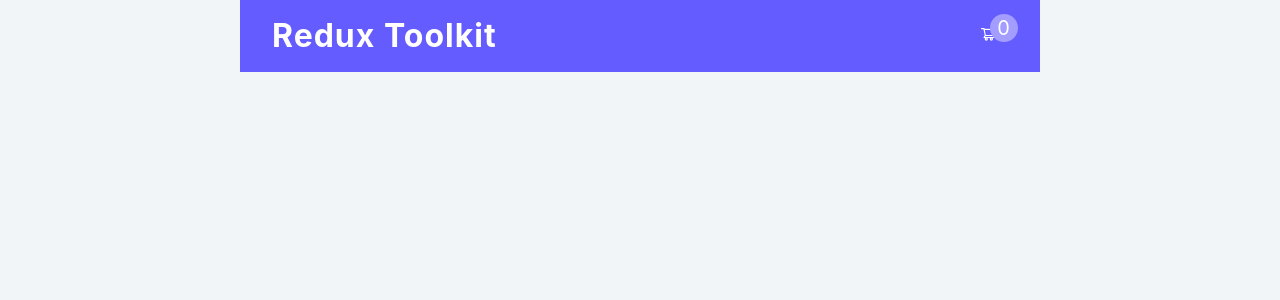
Repository: Nurlan-Bakenbaev/ReduxToolit
Page: /
The author's editor kept a copy of each file at every save. The page is drawn from the files as they stood at one save, then again after the next save.
The browser window is 1280 px wide. The pictures show the whole page.
The project was rebuilt for these pictures with package versions that can differ from the ones it lists, and the page was loaded fresh each time. Also part of the build but not shown: src/components/Cartitem.js.

Above is the page before, as saved 2023-11-08 16:37:43.

### src/index.js
import React from "react";
import { createRoot } from "react-dom/client";
import "./index.css";
import App from "./App";
import store from "./redux/store";
import { Provider } from "react-redux";
const container = document.getElementById("root");
const root = createRoot(container);

root.render(
  <React.StrictMode>
    <Provider store={store}>
      <App />
    </Provider>
  </React.StrictMode>
);

### src/index.css
/*
===============
Variables
===============
*/

:root {
  --clr-primary: #645cff;
  --clr-primary-dark: #282566;
  --clr-primary-light: #a29dff;
  --clr-grey-1: #102a42;
  --clr-grey-5: #617d98;
  --clr-grey-10: #f1f5f8;
  --clr-white: #fff;
  --clr-red-dark: hsl(360, 67%, 44%);
  --clr-red-light: hsl(360, 71%, 66%);
  --transition: all 0.3s linear;
  --spacing: 0.25rem;
  --radius: 0.25rem;
  --large-screen-width: 1170px;
  --small-screen-width: 90vw;
  --fixed-width: 50rem;
}
* {
  margin: 0;
  padding: 0;
  box-sizing: border-box;
}
body {
  font-family: -apple-system, BlinkMacSystemFont, 'Segoe UI', Roboto, Oxygen,
    Ubuntu, Cantarell, 'Open Sans', 'Helvetica Neue', sans-serif;
  background: var(--clr-grey-10);
  color: var(--clr-grey-1);
  line-height: 1.5;
  font-size: 0.875rem;
}
a {
  text-decoration: none;
}
img {
  width: 100%;
  display: block;
}
h1,
h2,
h3,
h4 {
  letter-spacing: var(--spacing);
  text-transform: capitalize;
  line-height: 1.25;
  margin-bottom: 0.75rem;
}
h1 {
  font-size: 3rem;
}
h2 {
  font-size: 2rem;
}
h3 {
  font-size: 1.5rem;
}
h4 {
  font-size: 0.875rem;
}
p {
  margin-bottom: 1.25rem;
}
@media screen and (min-width: 800px) {
  h1 {
    font-size: 4rem;
  }
  h2 {
    font-size: 2.5rem;
  }
  h3 {
    font-size: 2rem;
  }
  h4 {
    font-size: 1rem;
  }
  body {
    font-size: 1rem;
  }
  h1,
  h2,
  h3,
  h4 {
    line-height: 1;
  }
}
/* more global css */

.btn {
  text-transform: uppercase;
  background: var(--clr-primary);
  color: var(--clr-white);
  padding: 0.375rem 0.75rem;
  letter-spacing: var(--spacing);
  display: inline-block;
  font-weight: 700;
  transition: var(--transition);
  font-size: 0.875rem;
  border: none;
  cursor: pointer;
  box-shadow: 0 1px 3px rgba(0, 0, 0, 0.2);
}
.btn:hover {
  color: var(--clr-primary);
  background: var(--clr-primary-light);
}

/*
===============
Navbar
===============
*/
.loading {
  text-align: center;
  margin-top: 5rem;
}
nav {
  background: var(--clr-primary);
  padding: 1.25rem 2rem;
}
.nav-center {
  max-width: var(--fixed-width);
  width: 100%;
  margin: 0 auto;
  display: flex;
  justify-content: space-between;
  align-items: center;
}
nav h3 {
  margin-bottom: 0;
  letter-spacing: 1px;
  color: var(--clr-white);
}
.nav-container {
  display: block;
  position: relative;
}

nav svg {
  width: 40px;
  color: var(--clr-white);
}
.amount-container {
  position: absolute;
  top: -0.6rem;
  right: -0.6rem;
  width: 1.75rem;
  height: 1.75rem;
  border-radius: 50%;
  background: var(--clr-primary-light);
  display: flex;
  align-items: center;
  justify-content: center;
}
.total-amount {
  color: var(--clr-white);
  margin-bottom: 0;
  font-size: 1.25rem;
}
/*
===============
Cart
===============
*/
.cart {
  min-height: calc(100vh - 120px);
  width: 90vw;
  margin: 0 auto;
  margin-top: 40px;
  padding: 2.5rem 0;
  max-width: var(--fixed-width);
}
.cart h2 {
  text-transform: uppercase;
  text-align: center;
  margin-bottom: 3rem;
}
.empty-cart {
  text-transform: lowercase;
  color: var(--clr-grey-5);
  margin-top: 1rem;
  text-align: center;
}
.cart footer {
  margin-top: 4rem;
  text-align: center;
}
.cart-total h4 {
  text-transform: capitalize;
  display: flex;
  justify-content: space-between;
  margin-top: 1rem;
}
.clear-btn,
.confirm-btn {
  background: transparent;
  padding: 0.5rem 1rem;
  color: var(--clr-red-dark);
  border: 1px solid var(--clr-red-dark);
  margin-top: 2.25rem;
  border-radius: var(--radius);
}
.clear-btn:hover {
  background: var(--clr-red-light);
  color: var(--clr-red-dark);
  border-color: var(--clr-red-light);
}
.confirm-btn {
  border-color: var(--clr-primary);
  color: var(--clr-primary);
}
/*
===============
Cart Item
===============
*/
.cart-item {
  display: grid;
  align-items: center;
  grid-template-columns: auto 1fr auto;
  grid-column-gap: 1.5rem;
  margin: 1.5rem 0;
}
.cart-item img {
  width: 5rem;
  height: 5rem;
  object-fit: cover;
}
.cart-item h4 {
  margin-bottom: 0.5rem;
  font-weight: 500;
  letter-spacing: 2px;
}
.item-price {
  color: var(--clr-grey-5);
}
.remove-btn {
  color: var(--clr-primary);
  letter-spacing: var(--spacing);
  cursor: pointer;
  font-size: 0.85rem;
  background: transparent;
  border: none;
  margin-top: 0.375rem;
  transition: var(--transition);
}
.remove-btn:hover {
  color: var(--clr-primary-light);
}
.amount-btn {
  width: 24px;
  background: transparent;
  border: none;
  cursor: pointer;
}
.amount-btn svg {
  color: var(--clr-primary);
}
.amount-btn:hover svg {
  color: var(--clr-primary-light);
}
.amount {
  text-align: center;
  margin-bottom: 0;
  font-size: 1.25rem;
  line-height: 1;
}
hr {
  background: var(--clr-grey-5);
  border-color: transparent;
  border-width: 0.25px;
}

.modal-container {
  position: fixed;
  top: 0;
  left: 0;
  width: 100%;
  height: 100%;
  background: rgba(0, 0, 0, 0.7);
  z-index: 10;
  display: flex;
  align-items: center;
  justify-content: center;
}

.modal {
  background: var(--clr-white);
  width: 80vw;
  max-width: 400px;
  border-radius: var(--radius);
  padding: 2rem 1rem;
  text-align: center;
}
.modal h4 {
  margin-bottom: 0;
  line-height: 1.5;
}
.modal .clear-btn,
.modal .confirm-btn {
  margin-top: 1rem;
}
.btn-container {
  display: flex;
  justify-content: space-around;
}

### src/App.js
import React from "react";
import Navbar from "./components/Navbar";
import CartContainer from "./components/CartContainer";
function App() {
  return (
    <div>
      <Navbar />
      <CartContainer />
    </div>
  );
}
export default App;

### src/redux/store.js
import { configureStore } from "@reduxjs/toolkit";
import cartReducer from "./features/cartSlice";
const store = configureStore({
  reducer: {
    cart: cartReducer },
});
export default store;

### src/components/Navbar.js
import React from "react";
import { AiOutlineShoppingCart } from "react-icons/ai";
import { useSelector } from "react-redux";
const Navbar = () => {
  const { amount } = useSelector((store) => store.cart);
  console.log(useSelector((store) => store.cart[0]));
  return (
    <nav className="nav-center">
      <h3> Redux Toolkit</h3>
      <div className="nav-container">
        <AiOutlineShoppingCart />
        <div className="amount-container">
          <p className="total-amount">{amount}</p>
        </div>
      </div>
    </nav>
  );
};
export default Navbar;

### src/components/CartContainer.js
import React from "react";
import Cartitem from "./Cartitem";
import { useSelector } from "react-redux";

const CartContainer = () => {
  const { cartitem, total, amount } = useSelector((state) => state.cart);
  if(amount < 1){
    return <section className="cart">
        <header>
            <h2> </h2>
        </header>
    </section>
  }

  return (
    <div>
      <Cartitem />
    </div>
  );
};

export default CartContainer;

### src/redux/features/cartSlice.js
import { createSlice } from "@reduxjs/toolkit";
import cartItems from "../../cartItems";
const initialState = {
  cartItems: cartItems,
  amount: 0,
  total: 0,
  isLoading: true,
};
const cartSlice = createSlice({
  name: "cart",
  initialState,
});
export default cartSlice.reducer;

### src/cartItems.js
const cartItems = [
  {
    id: 'rec1JZlfCIBOPdcT2',
    title: 'Samsung Galaxy S8',
    price: '399.99',
    img: 'https://images2.imgbox.com/c2/14/zedmXgs6_o.png',
    amount: 1,
  },
  {
    id: 'recB6qcHPxb62YJ75',
    title: 'google pixel',
    price: '499.99',
    img: 'https://images2.imgbox.com/fb/3d/O4TPmhlt_o.png',
    amount: 1,
  },
  {
    id: 'recdRxBsE14Rr2VuJ',
    title: 'Xiaomi Redmi Note 2',
    price: '699.99',
    img: 'https://images2.imgbox.com/4f/3d/WN3GvciF_o.png',
    amount: 1,
  },
  {
    id: 'recwTo160XST3PIoW',
    title: 'Samsung Galaxy S7',
    price: '599.99 ',
    img: 'https://images2.imgbox.com/2e/7c/yFsJ4Zkb_o.png',
    amount: 1,
  },
];
export default cartItems;

Loaded but not shown: public/index.html (common file)

After the next save:
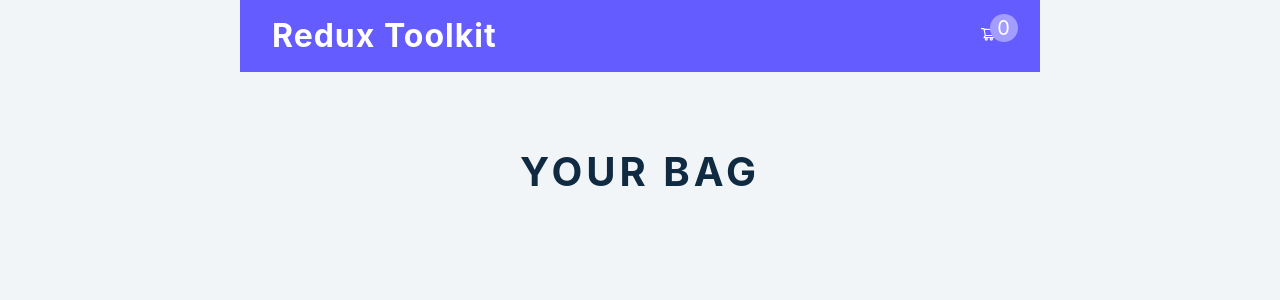
Saved 8 s later.
--- a/src/components/CartContainer.js
+++ b/src/components/CartContainer.js
@@ -7,7 +7,7 @@
   if(amount < 1){
     return <section className="cart">
         <header>
-            <h2> </h2>
+            <h2>Your Bag </h2>
         </header>
     </section>
   }
